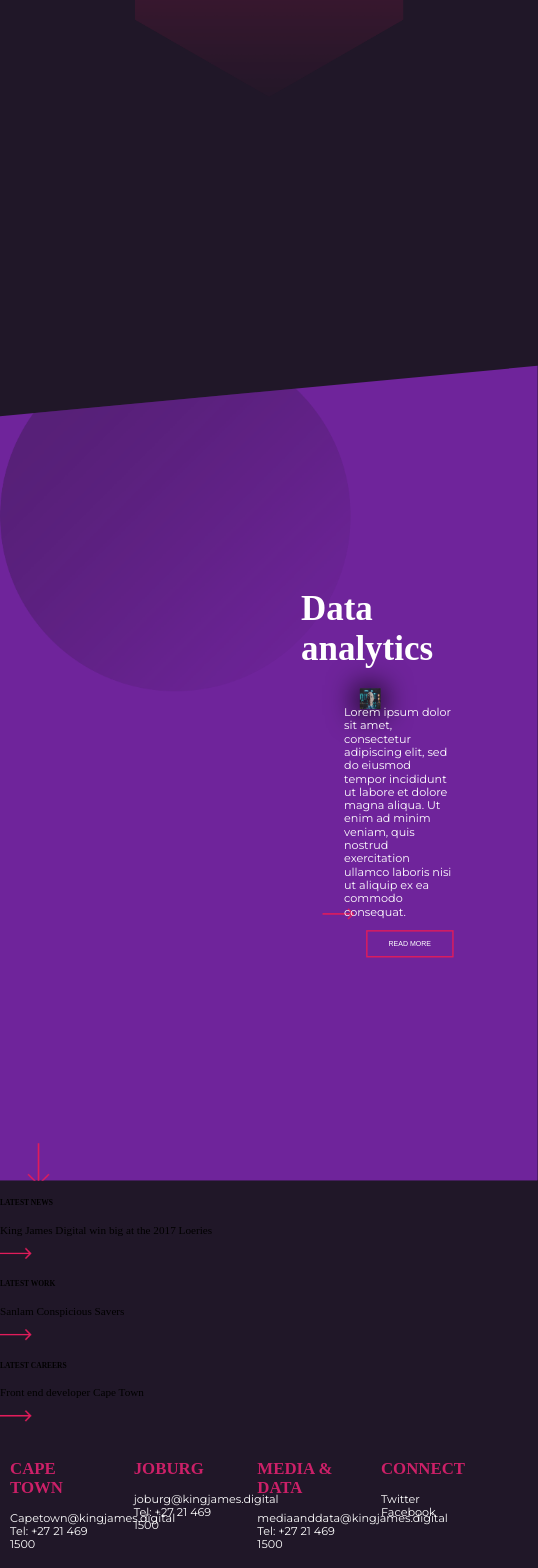
Repository: Ajtheult/King-James-Site
Page: index.html
An editor plug-in stored every save of this project. The page is shown before and after the next save, followed by the edit.
The browser window is 768 px wide. The pictures show the part of the page from y = 2302 to 4542 px (the page is 4556 px tall), at 70% of full size.
The style sheet was rebuilt from its Sass, Less or Tailwind sources for each picture, by a compiler version that may differ from the author's.

Above is the page before, as saved 2020-08-24 14:33:54.

After the next save:
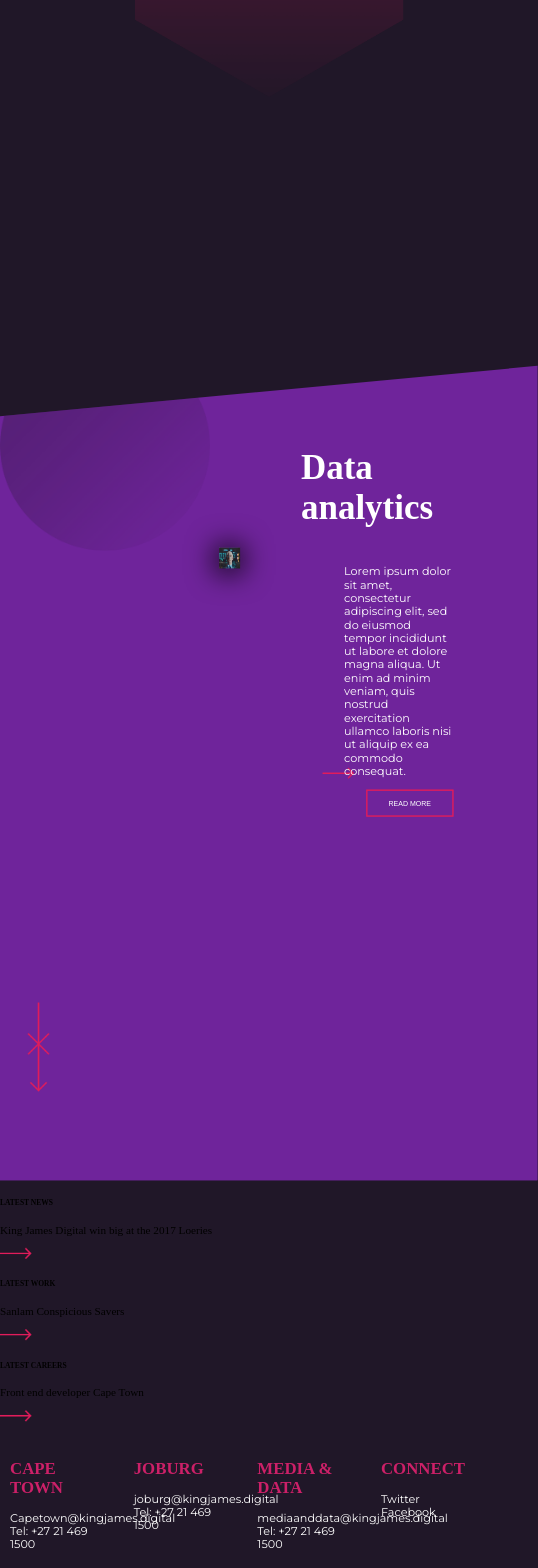
Saved 21 s later.
--- a/styling/index.scss
+++ b/styling/index.scss
@@ -426,8 +426,8 @@
     margin-top: -100px;
     clip-path: polygon(0 9%, 150% 0%, 100% 100%, 0% 100%);
     .circle {
-      // position: absolute;
-      // transform: translate(-50%, -50%);
+      width: 300px;
+      height: 300px;
     }
     .robot {
       transform: translate(30%, 85%);
